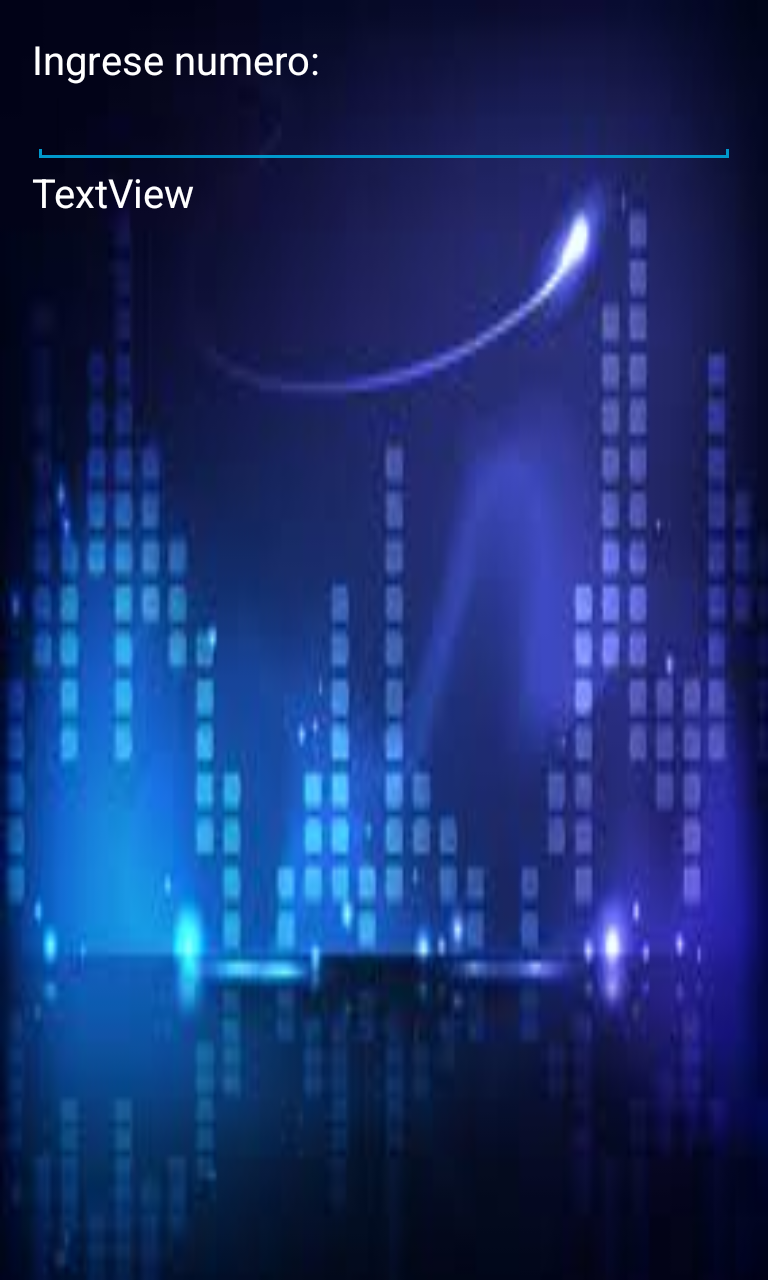
Repository: sherildyasmin06/ServiceAndroid
Layout: AplicacionAndroid/Servicio01/res/layout/activity_sumatoria.xml
The author's editor kept a copy of each file at every save. The layout is drawn from the files as they stood at one save, then again after the next save.
It is drawn on a 768 x 1280 px phone screen (xhdpi) without system bars, with theme AppTheme; the app's code is not run.

Above is the layout before, as saved 2017-12-06 02:53:48.

After the next save:
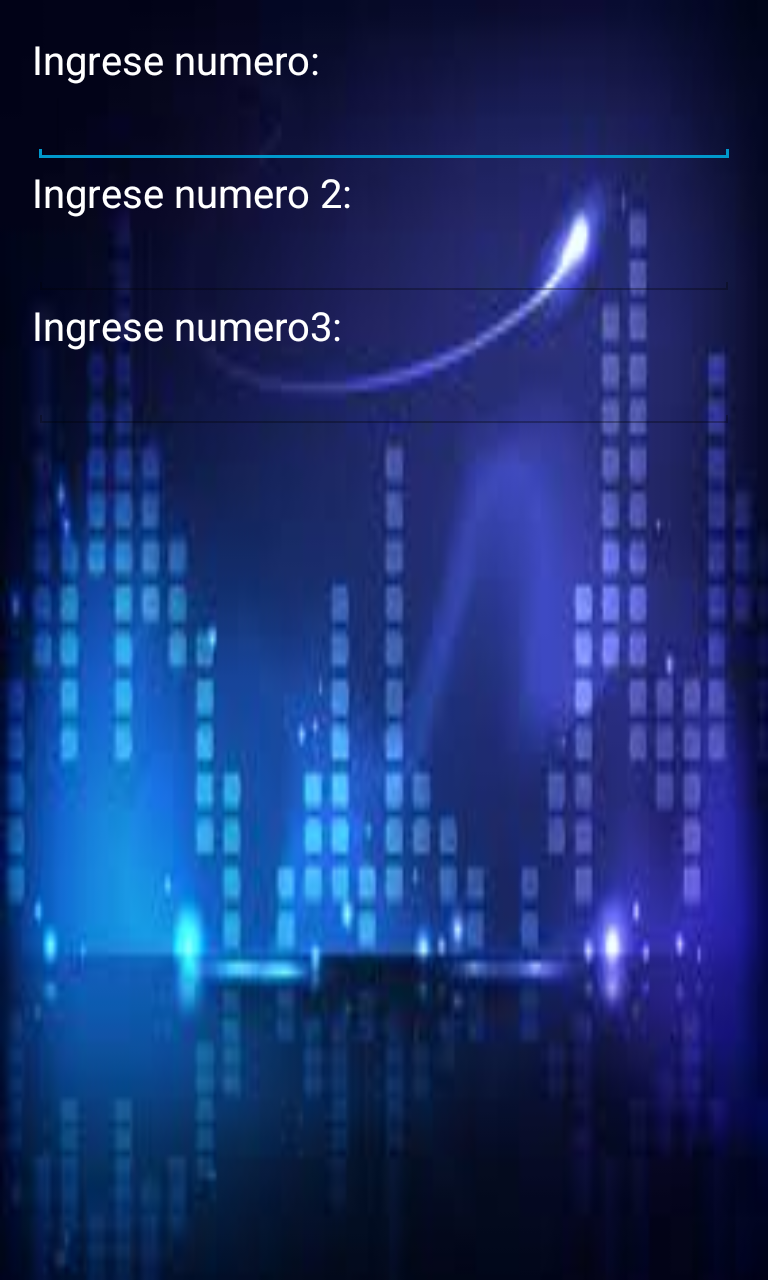
Saved 20 s later.
--- a/AplicacionAndroid/Servicio01/res/layout/activity_sumatoria.xml
+++ b/AplicacionAndroid/Servicio01/res/layout/activity_sumatoria.xml
@@ -38,9 +38,32 @@
             android:id="@+id/textView2"
             android:layout_width="wrap_content"
             android:layout_height="wrap_content"
-            android:text="TextView"
+            android:text="@string/num2"
             android:textColor="@color/colortextview"
             android:textSize="@dimen/tamanotextview" />
+
+        <EditText
+            android:id="@+id/editText2"
+            android:layout_width="match_parent"
+            android:layout_height="wrap_content"
+            android:ems="10"
+            android:inputType="number" />
+
+        <TextView
+            android:id="@+id/textView3"
+            android:layout_width="wrap_content"
+            android:layout_height="wrap_content"
+            android:text="@string/num3"
+            android:textColor="@color/colortextview"
+            android:textColorHint="@color/colortextview"
+            android:textSize="@dimen/tamanotextview" />
+
+        <EditText
+            android:id="@+id/editText3"
+            android:layout_width="match_parent"
+            android:layout_height="wrap_content"
+            android:ems="10"
+            android:inputType="number" />
 
     </LinearLayout>
 
